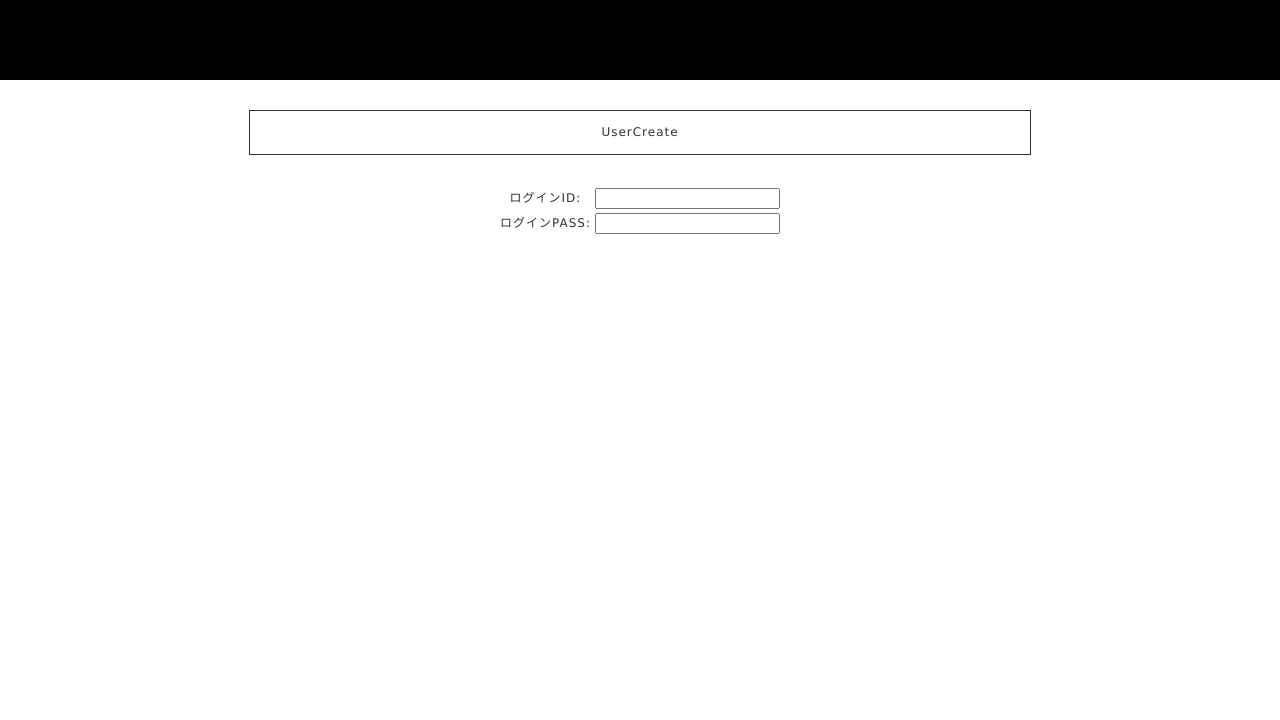
Repository: manchesterunited0128/test
Page: http://localhost/template/userCreate.jsp
The author's editor kept a copy of each file at every save. The page is drawn from the files as they stood at one save, then again after the next save.
The browser window is 1280 px wide. The pictures show the whole page.
The page is served by Tomcat 9. Other server files are loaded and not shown.

Above is the page before, as saved 2019-09-25 01:50:37.

### template/WebContent/userCreate.jsp
<%@ page language="java" contentType="text/html; charset=UTF-8"
    pageEncoding="UTF-8"%>
    <%@ taglib prefix="s" uri="/struts-tags" %>
<!DOCTYPE html PUBLIC "-//W3C//DTD HTML 4.01 Transitional//EN" "http://www.w3.org/TR/html4/loose.dtd">
<html>
<head>
<meta http-equiv="Content-Type" content="text/html; charset=UTF-8">
<link rel="stylesheet" type="text/css" href="./css/style.css">
<title>UserCreate画面</title>
</head>
<body>
	<div id="header">
	</div>
	<div id="main">
		<div id="top">
			<p>UserCreate</p>
		</div>
		<div>
			<s:if test="errorMessage !='' ''">
				<s:property value="errorMessage" escape="false"/>
			</s:if>
			<table>
			<s:form action="UserCreateConfirmAction">
				<tr>
					<td>
						<label>ログインID:</label>
					</td>
					<td>
						<input type="text" name="loginUserId" value=""/>
					</td>
				</tr>
				<tr>
					<td>
						<label>ログインPASS:</label>
					</td>
					<td>
						<input type="text" name="loginPassword" value=""/>
			</s:form>
			</table>
		</div>
	</div>
</body>
</html>

### template/WebContent/css/style.css
body{
	margin:0;
	padding:0;
	line-height:1.6;
	letter-spacing:1px;
	font-family:Verdana,Helvetica,sans-serif;
	font-size:12px;
	color:#333;
	background:fff;
}
table{
	text-align:center;
	margin:0 auto;
}

#top{
	width:780px;
	margin:30px auto;
	border:1px solid #333;
}

#header{
	width:100%;
	height:80px;
	background-color:black;
}

#main{
	width:100%;
	height:500px;
	text-align:center;
}

#footer{
	width:100%;
	height:80px;
	background-color:black;
	clear:both;
}

After the next save:
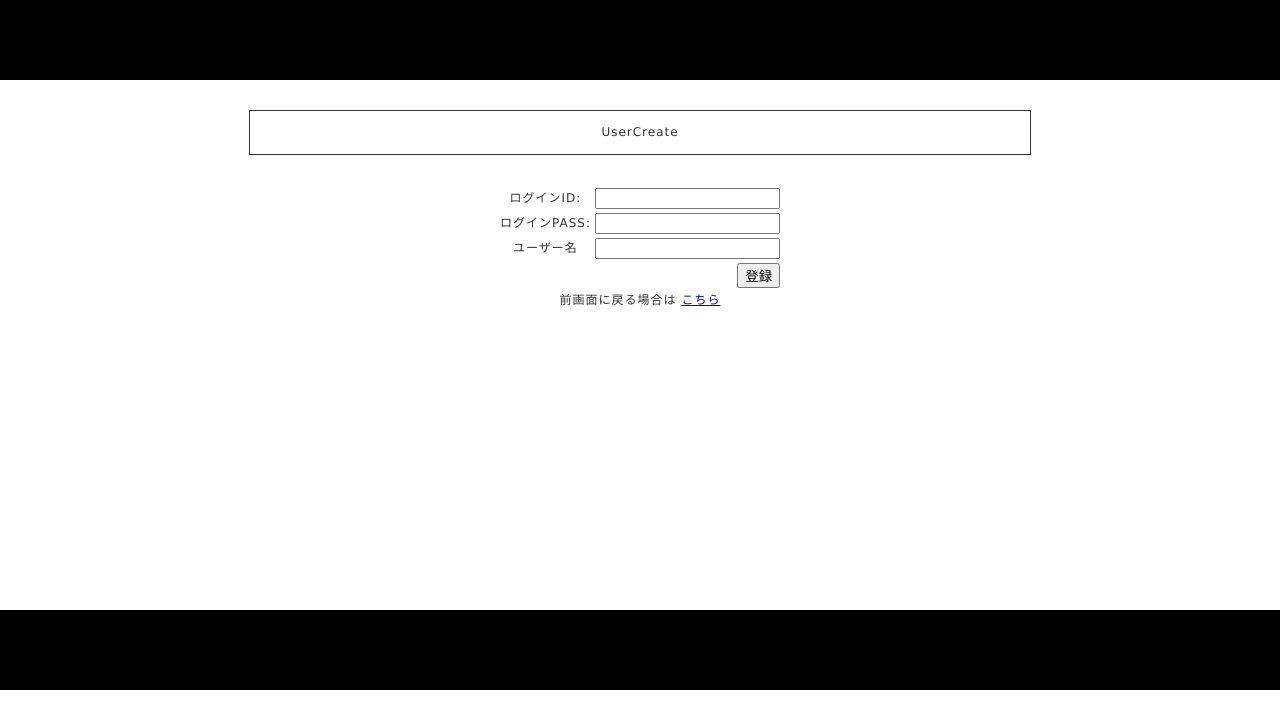
Saved 16 min 36 s later.
--- a/template/WebContent/userCreate.jsp
+++ b/template/WebContent/userCreate.jsp
@@ -35,9 +35,26 @@
 					</td>
 					<td>
 						<input type="text" name="loginPassword" value=""/>
+					</td>
+				</tr>
+				<tr>
+					<td>
+						<label>ユーザー名</label>
+					</td>
+					<td>
+						<input type="text" name="userName" value=""/>
+					</td>
+				</tr>
+				<s:submit value="登録"/>
 			</s:form>
 			</table>
+			<div>
+				<span>前画面に戻る場合は</span>
+				<a href='<s:url action="HomeAction"/>'>こちら</a>
+			</div>
 		</div>
+	</div>
+	<div id="footer">
 	</div>
 </body>
 </html>
